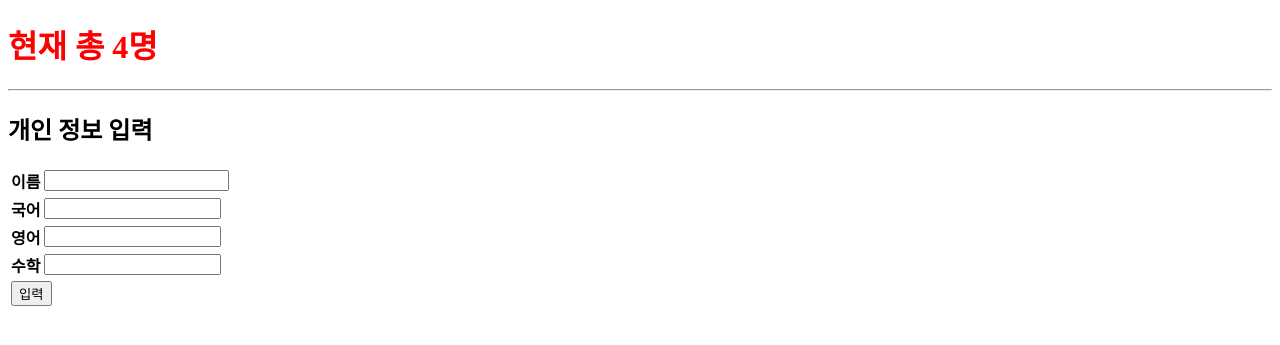
Repository: jim698/Practice
Page: http://localhost/today_test/
The author's editor kept a copy of each file at every save. The page is drawn from the files as they stood at one save, then again after the next save.
The browser window is 1280 px wide. The pictures show the whole page.
The page is served by Tomcat 9. Other server files are loaded and not shown.

Above is the page before, as saved 2020-03-30 06:35:32.

### today_test/src/main/webapp/index.jsp
<%@ page language="java" contentType="text/html; charset=UTF-8"
    pageEncoding="UTF-8"%>
<%@ taglib prefix="c" uri="http://java.sun.com/jsp/jstl/core"  %>
<c:set var="conPath" value="${pageContext.request.contextPath }"/>
<!DOCTYPE html>
<html>
<head>
<meta charset="UTF-8">
<title>Insert title here</title>
<link href="${conPath }/css/style.css" rel="stylesheet">
</head>
<body>
	<jsp:forward page="inputForm.do"></jsp:forward>
</body>
</html>

### today_test/src/main/webapp/WEB-INF/views/inputForm.jsp
<%@ page language="java" contentType="text/html; charset=UTF-8"
	pageEncoding="UTF-8"%>
<%@ taglib prefix="c" uri="http://java.sun.com/jsp/jstl/core"%>
<c:set var="conPath" value="${pageContext.request.contextPath }" />
<!DOCTYPE html>
<html>
<head>
<meta charset="UTF-8">
<title>Insert title here</title>
<link href="${conPath }/css/style.css" rel="stylesheet">
</head>
<body>

	<h1>${msg }</h1>
	<hr>
	<form action="${conPath }/input.do" method="get">
	<h2>개인 정보 입력</h2>
		<table>
			<tr>
				<th>이름</th>
				<td><input type="text" name="name" required="required"></td>
			</tr>
			<tr>
				<th>국어</th>
				<td><input type="number" name="kor" min=1 max=100 class="number"></td>
			</tr>
			<tr>
				<th>영어</th>
				<td><input type="number" name="eng" min=1 max=100 class="number"></td>
			</tr>
			<tr>
				<th>수학</th>
				<td><input type="number" name="mat" min=1 max=100 class="number"></td>
			</tr>
			<tr>
				<td colspan="2"><input type="submit" value="입력"></td>
			</tr>
		</table>
	</form>
</body>
</html>

### today_test/src/main/webapp/css/style.css
@charset "UTF-8";
h1{
	color:red;
}

.number{
	width:169px;
}

After the next save:
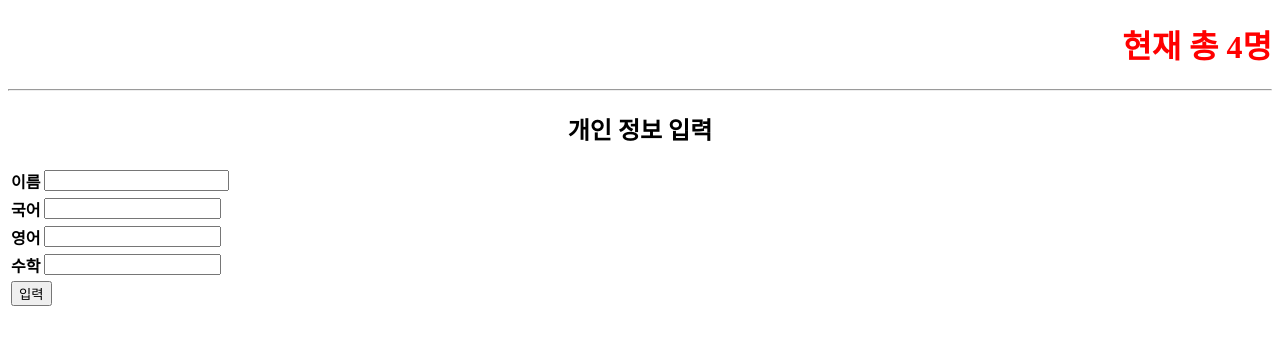
Saved 2 min 57 s later.
--- a/today_test/src/main/webapp/css/style.css
+++ b/today_test/src/main/webapp/css/style.css
@@ -1,6 +1,13 @@
 @charset "UTF-8";
+
+
 h1{
 	color:red;
+	text-align:right;
+}
+
+h2{
+	text-align: center;
 }
 
 .number{
